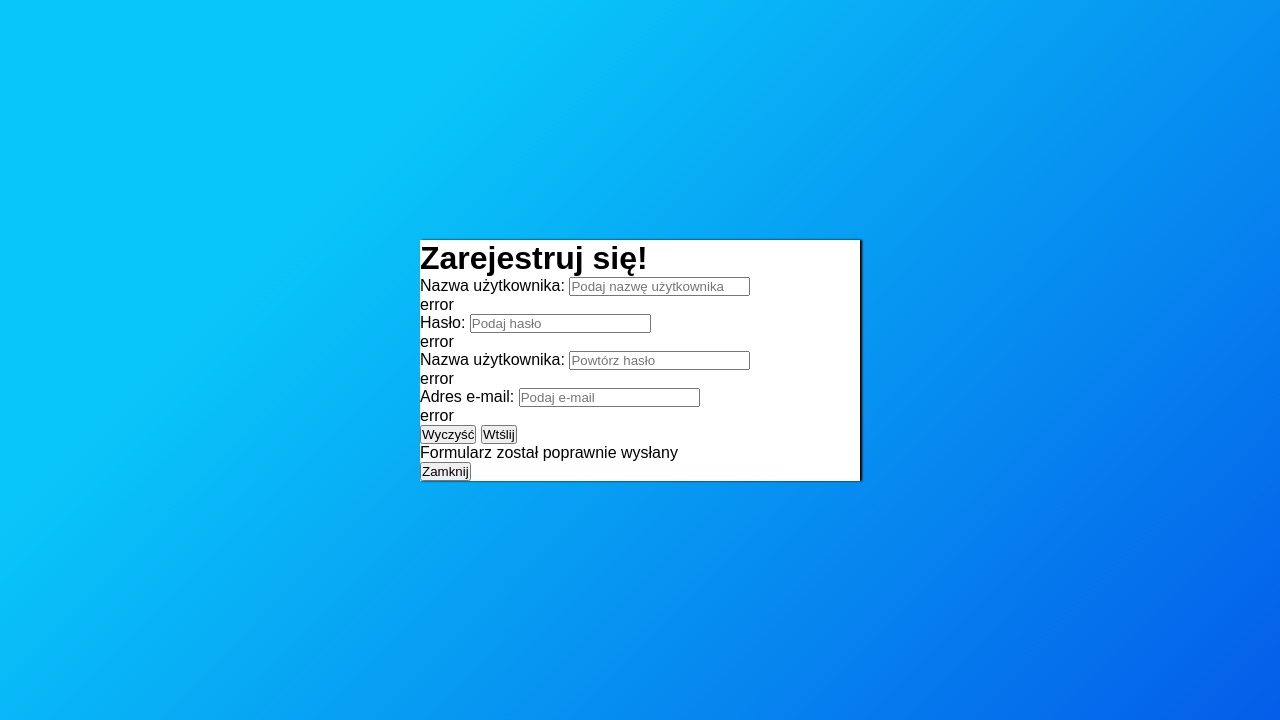
Repository: KrzysKolo/Projekt-3_Formularz-rejestracyjny
Page: index.html
An editor plug-in stored every save of this project. The page is shown before and after the next save, followed by the edit.
The browser window is 1280 px wide. The pictures show the whole page.
Some web fonts or font styles are not loaded; a fallback is used.

Above is the page before, as saved 2020-07-04 02:00:41.

### index.html
<!DOCTYPE html>
<html lang="en">
  <head>
    <meta charset="UTF-8" />
    <meta name="viewport" content="width=device-width, initial-scale=1.0" />
    <title>Projekt 3 - Logowanie</title>
    <link
      href="https://fonts.googleapis.com/css2?family=Aldrich&family=Overpass+Mono:wght@300&display=swap"
      rel="stylesheet"
    />
    <link rel="stylesheet" href="./css/style.css" />
  </head>
  <body>
    <main class="wrapper">
      <form class="form">
        <h1>Zarejestruj się!</h1>
        <div class="form-box">
          <label for="username">Nazwa użytkownika: </label>
          <input
            type="text"
            id="username"
            placeholder="Podaj nazwę użytkownika"
          />
          <p class="error-text">error</p>
        </div>

        <div class="form-box">
          <label for="password">Hasło: </label>
          <input type="password" id="password" placeholder="Podaj hasło" />
          <p class="error-text">error</p>
        </div>

        <div class="form-box">
          <label for="password2">Nazwa użytkownika: </label>
          <input type="password" id="password2" placeholder="Powtórz hasło" />
          <p class="error-text">error</p>
        </div>

        <div class="form-box">
          <label for="email">Adres e-mail: </label>
          <input type="email" id="email" placeholder="Podaj e-mail" />
          <p class="error-text">error</p>
        </div>

        <div class="control-button">
          <button class="clear">Wyczyść</button>
          <button class="send">Wtślij</button>
        </div>

        <div class="popup">
          <p>Formularz został poprawnie wysłany</p>
          <button class="close">Zamknij</button>
        </div>
      </form>
    </main>
  </body>
</html>

### css/style.css
* {
  box-sizing: border-box;
  margin: 0;
  padding: 0;
}
body {
  display: flex;
  justify-content: center;
  align-items: center;
  min-height: 100vh;
  font-family: "Aldrich", sans-serif;
  background-image: linear-gradient(315deg, #045de9 0%, #09c6f9 74%);
}
.wrapper {
  width: 440px;
  background-color: #fff;
  box-shadow: 2px 0 2px #000;
}

After the next save:
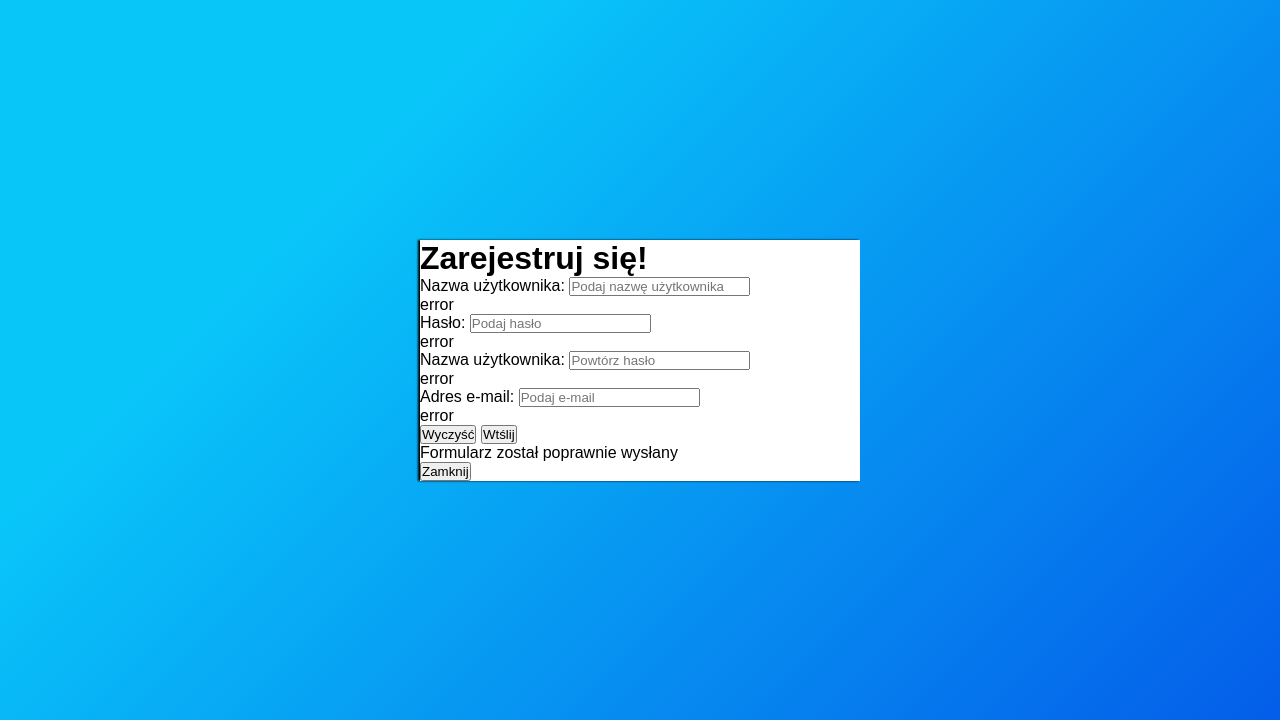
Saved 16 s later.
--- a/css/style.css
+++ b/css/style.css
@@ -14,5 +14,5 @@ body {
 .wrapper {
   width: 440px;
   background-color: #fff;
-  box-shadow: 2px 0 2px #000;
+  box-shadow: -2px 0 2px #000;
 }
